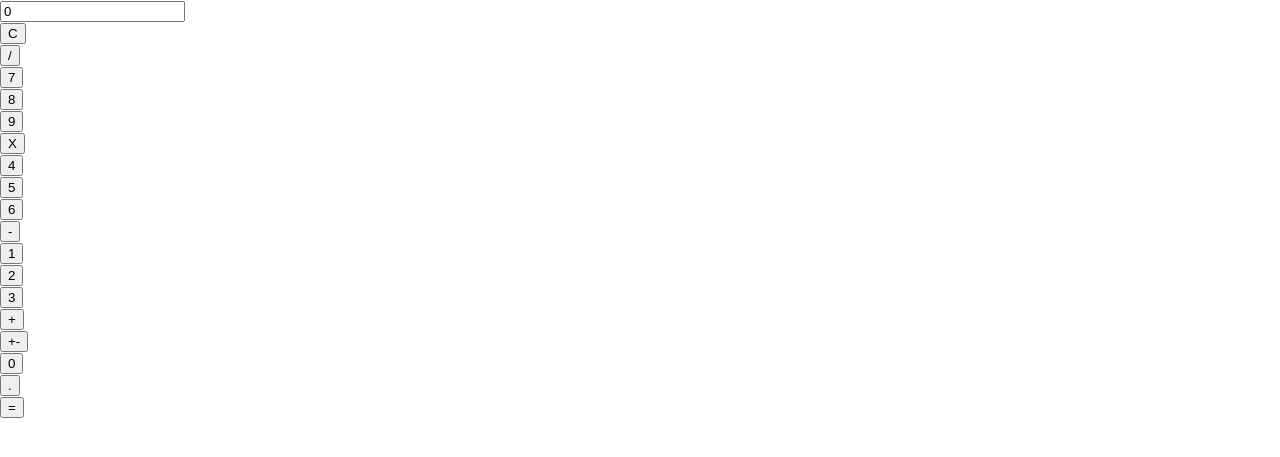
Repository: aaronmatei/react-calc
Page: /
The author's editor kept a copy of each file at every save. The page is drawn from the files as they stood at one save, then again after the next save.
The browser window is 1280 px wide. The pictures show the whole page.
The project was rebuilt for these pictures with package versions that can differ from the ones it lists, and the page was loaded fresh each time.

Above is the page before, as saved 2019-12-13 10:25:06.

### src/App.js
import React, { Component } from "react";
import Button from "./components/Button";

class App extends Component {
	state = {
		current: "0",
		previous: [],
	};

	reset = () => {
		this.setState({ result: "0" });
	};
	addToCurrent = symbol => {
		this.setState({ current: this.state.current + symbol });
	};

	render() {
		const buttons = [
			{ symbol: "C", cols: 3, action: this.reset },
			{ symbol: "/", cols: 1, action: this.addToCurrent },
			{ symbol: "7", cols: 1, action: this.addToCurrent },
			{ symbol: "8", cols: 1, action: this.addToCurrent },
			{ symbol: "9", cols: 1, action: this.addToCurrent },
			{ symbol: "X", cols: 1, action: this.addToCurrent },
			{ symbol: "4", cols: 1, action: this.addToCurrent },
			{ symbol: "5", cols: 1, action: this.addToCurrent },
			{ symbol: "6", cols: 1, action: this.addToCurrent },
			{ symbol: "-", cols: 3, action: this.addToCurrent },
			{ symbol: "1", cols: 1, action: this.addToCurrent },
			{ symbol: "2", cols: 1, action: this.addToCurrent },
			{ symbol: "3", cols: 1, action: this.addToCurrent },
			{ symbol: "+", cols: 1, action: this.addToCurrent },
			{ symbol: "+-", cols: 1, action: this.addToCurrent },
			{ symbol: "0", cols: 1, action: this.addToCurrent },
			{ symbol: ".", cols: 1, action: this.addToCurrent },
			{ symbol: "=", cols: 1, action: this.addToCurrent },
		];
		return (
			<div className='App'>
				<input className='result' type='text' value={this.state.current} onChange={null} />

				{buttons.map((btn, idx) => {
					return (
						<Button key={idx} symbol={btn.symbol} cols={btn.cols} action={symbol => btn.action(symbol)} />
					);
				})}
			</div>
		);
	}
}

export default App;

### src/components/Button.jsx
import React, { Component } from "react";

class Button extends Component {
	render() {
		return (
			<div className={`column-${this.props.cols}`}>
				<button className='calc-button' onClick={() => this.props.action(this.props.symbol)}>
					{this.props.symbol}
				</button>
			</div>
		);
	}
}

export default Button;

### src/css/styles.css
.column-3 {
	width: 75%;
	float: left;
}
.column-2 {
	width: 50%;
	float: left;
}
.column-1 {
	width: 25%;
	float: left;
}

Loaded but not shown: src/index.js (common file); src/index.css (common file); src/serviceWorker.js (common file)

After the next save:
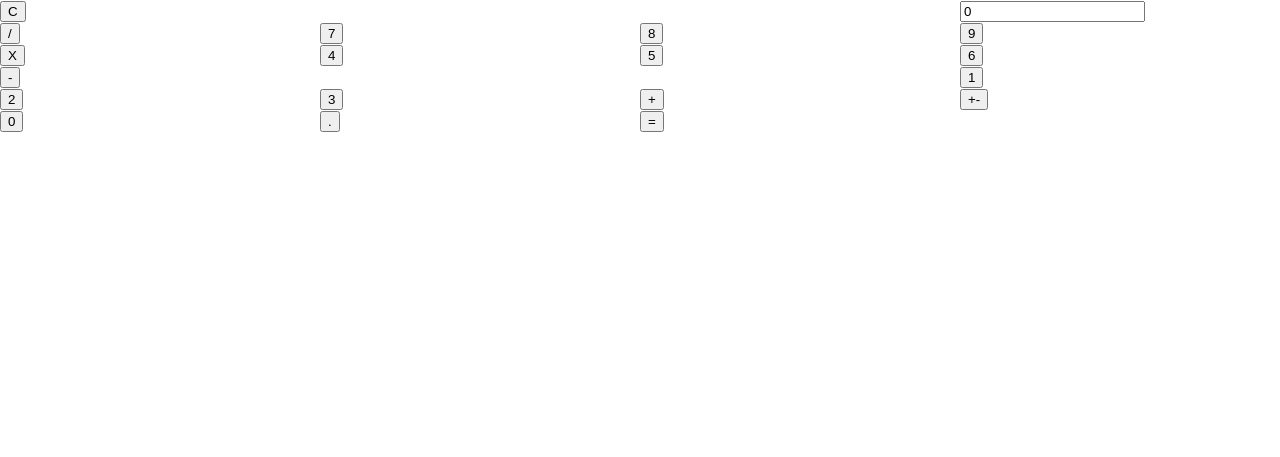
Saved 24 s later.
--- a/src/components/Button.jsx
+++ b/src/components/Button.jsx
@@ -1,4 +1,5 @@
 import React, { Component } from "react";
+import "../css/styles.css";
 
 class Button extends Component {
 	render() {
